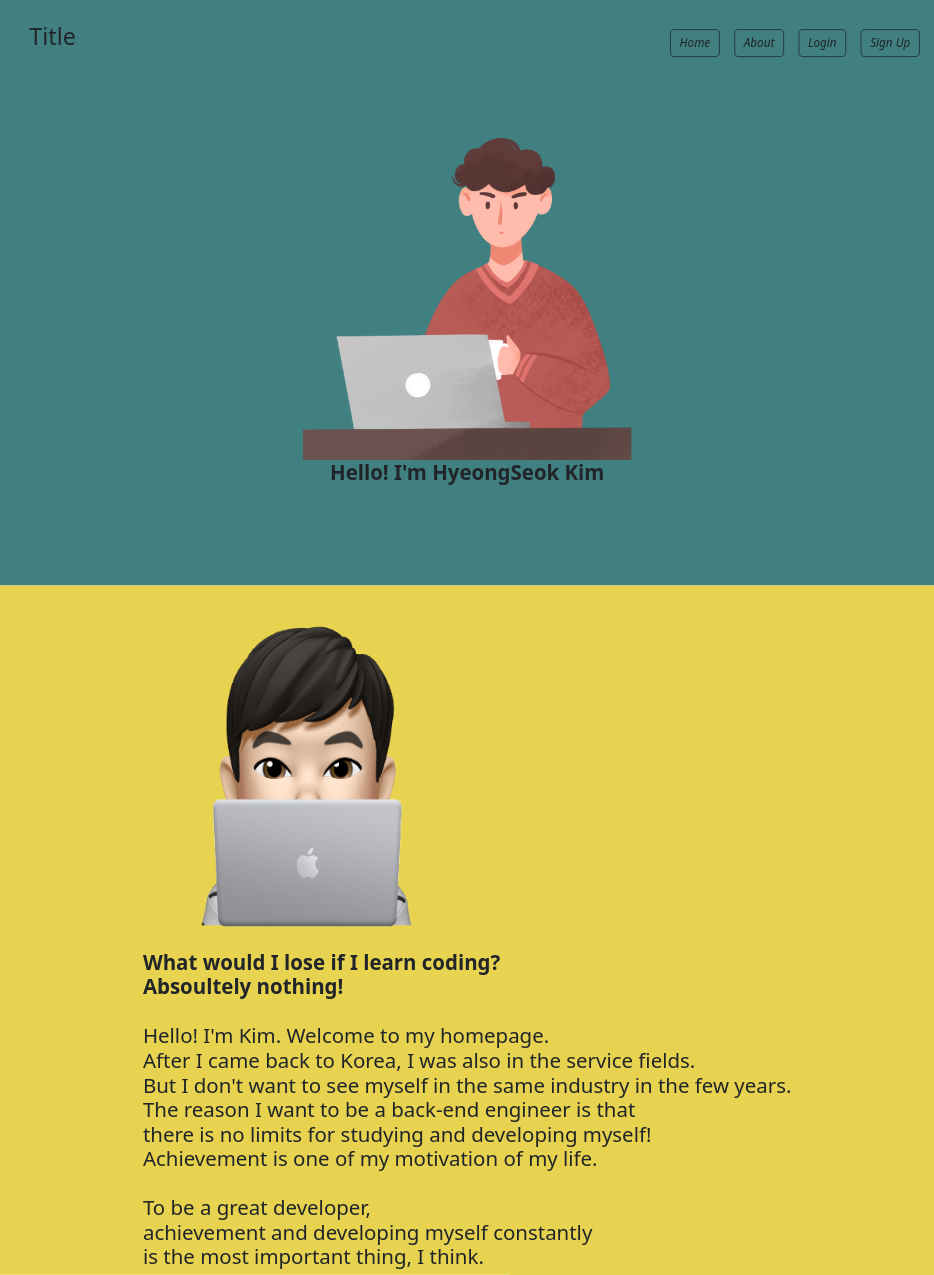
Repository: beruzz/ezen
Page: http://localhost/introduce/
These files come from the project's save history. The page is drawn as it stood at one moment and after the next save; the edit follows.
The browser window is 1280 px wide. The pictures show the whole page, at 73% of full size.
The page is served by Tomcat 9. The template is opened directly, without the code that normally fills it, so the values that code supplies are empty.

Above is the page before, as saved 2022-12-14 08:22:52.

After the next save:
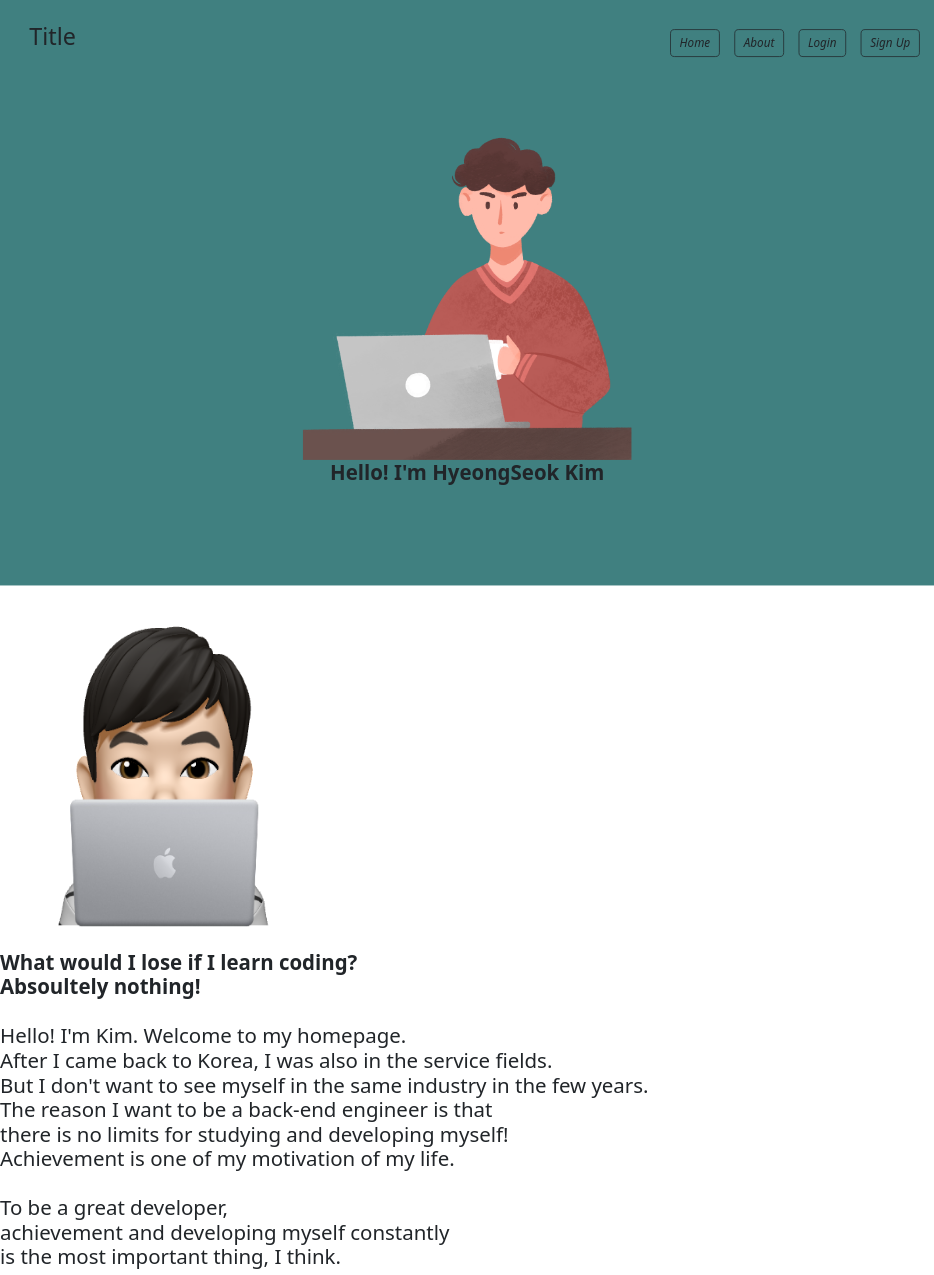
Saved 49 s later.
--- a/JSP_Board&Member/introduce/src/main/webapp/index.jsp
+++ b/JSP_Board&Member/introduce/src/main/webapp/index.jsp
@@ -37,7 +37,7 @@
 		</nav>
 	</header>
 
-
+		<div class="lists">
 			<div class="one">
 				<span class="profile"><img src="/images/me.png"
 					width="450px;" height="450px" alt=""></span>
@@ -45,9 +45,9 @@
 					<strong>Hello! I'm HyeongSeok Kim</strong>
 				</h3>
 			</div>
+		</div>
 
-
-		<div class="list">
+		<div class="lists">
 			<div class="two">
 				<img class="me" src="/images/me2.png" alt="" width="450px;"
 					height="500px">

After the save that followed:
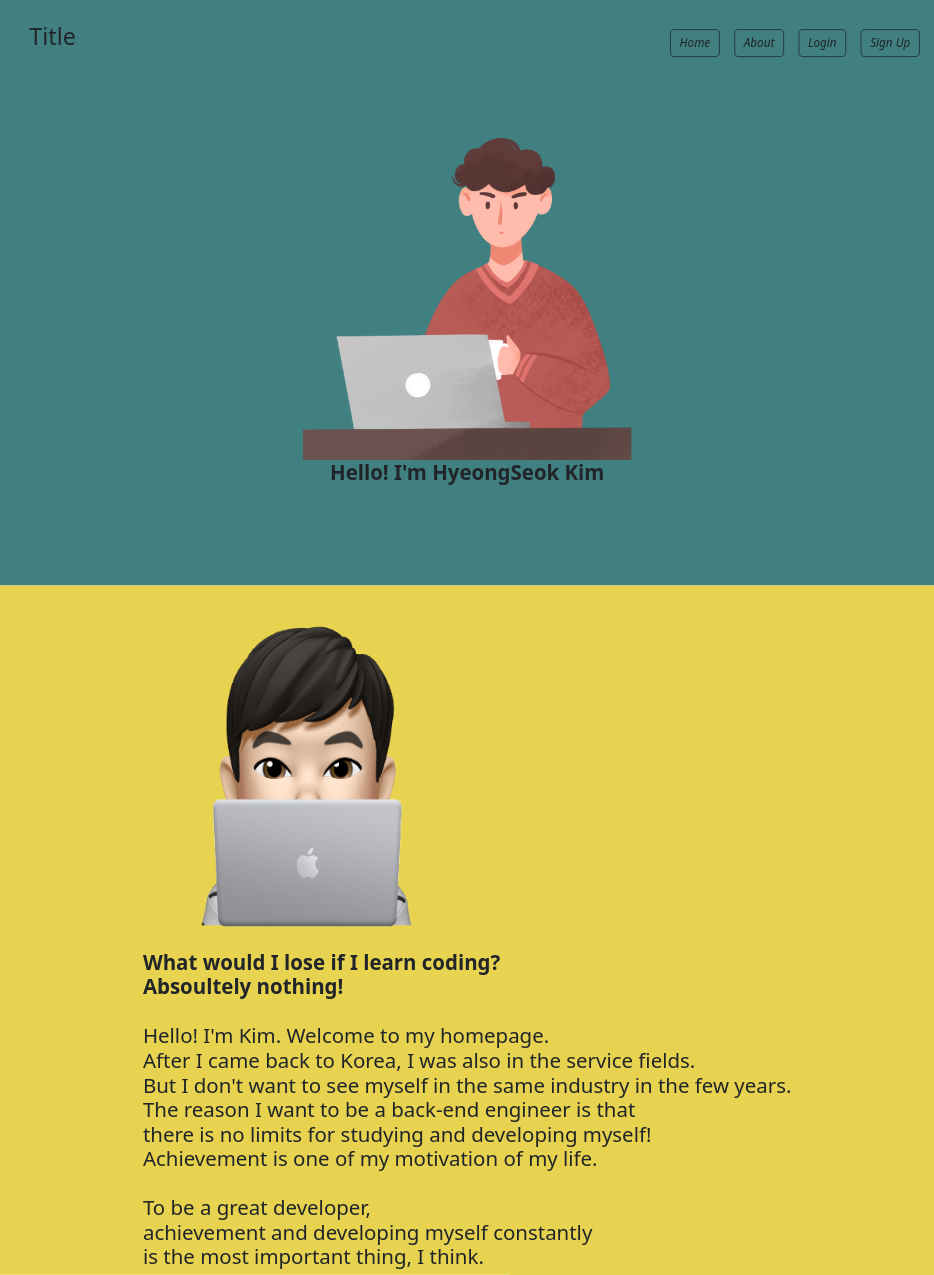
Saved 33 s later.
--- a/JSP_Board&Member/introduce/src/main/webapp/index.jsp
+++ b/JSP_Board&Member/introduce/src/main/webapp/index.jsp
@@ -47,7 +47,7 @@
 			</div>
 		</div>
 
-		<div class="lists">
+		<div class="list">
 			<div class="two">
 				<img class="me" src="/images/me2.png" alt="" width="450px;"
 					height="500px">
